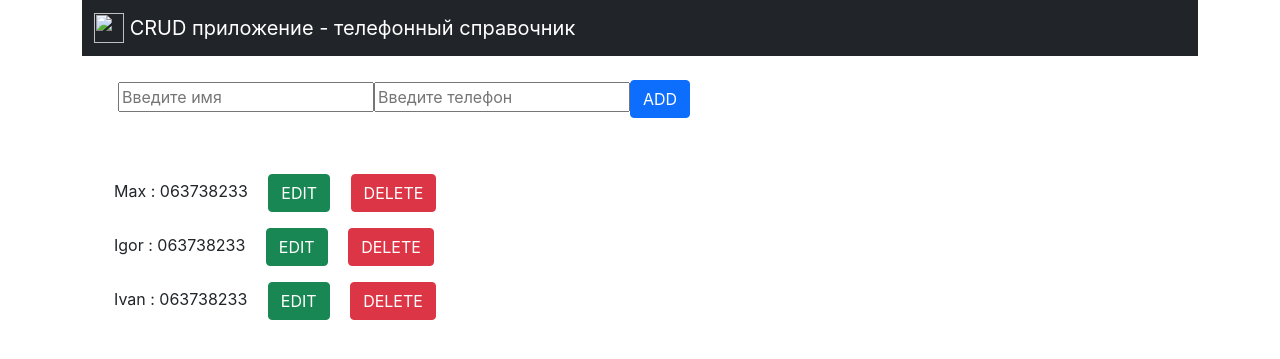
Repository: tsydikov/phone_book
Page: /
These files come from the project's save history. The page is drawn as it stood at one moment and after the next save; the edit follows.
The browser window is 1280 px wide. The pictures show the whole page.
The project was rebuilt for these pictures with package versions that can differ from the ones it lists, and the page was loaded fresh each time. Also part of the build but not shown: src/App.css, src/components/Update.jsx.

Above is the page before, as saved 2021-10-07 22:30:24.
Not found: assets/img/phone.png

After the next save:
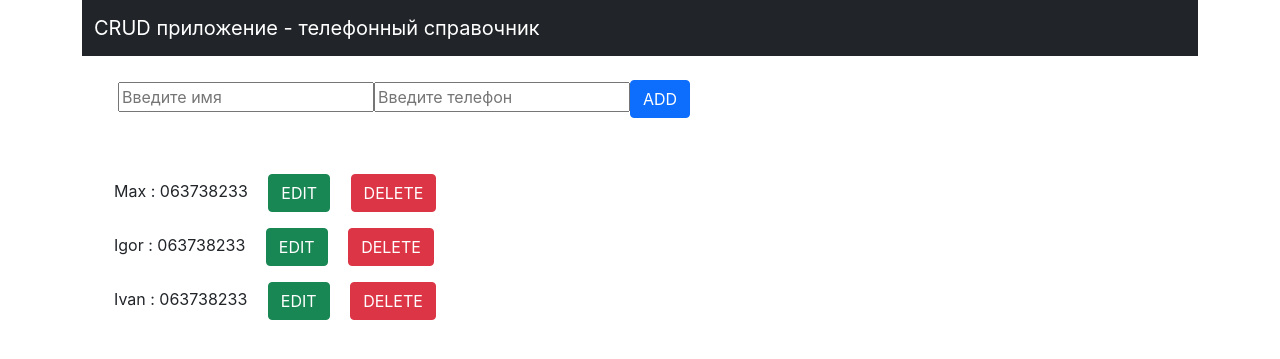
Saved 40 s later.
--- a/src/UI/MyNavbar.js
+++ b/src/UI/MyNavbar.js
@@ -6,13 +6,6 @@ const MyNavbar = () => {
     <Navbar bg="dark" variant="dark">
     <Container>
       <Navbar.Brand href="#home">
-        <img
-          alt=""
-          src="../assets/img/phone.png"
-          width="30"
-          height="30"
-          className="d-inline-block align-top"
-        />{' '}
       CRUD приложение - телефонный справочник
       </Navbar.Brand>
     </Container>
